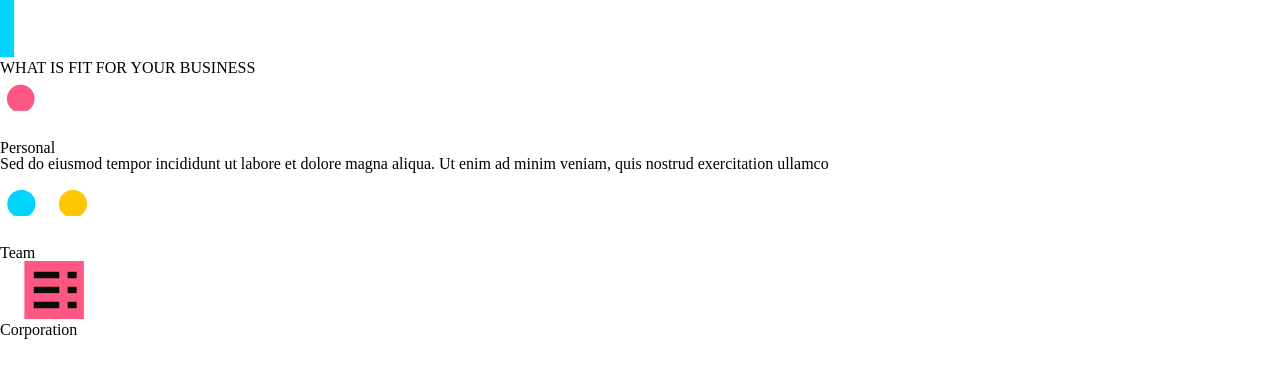
Repository: VetaWhale/team-site-test
Page: index.html
The author's editor kept a copy of each file at every save. The page is drawn from the files as they stood at one save, then again after the next save.
The browser window is 1280 px wide. The pictures show the whole page.
Some web fonts or font styles are not loaded; a fallback is used.

Above is the page before, as saved 2023-04-24 10:38:58.

After the next save:
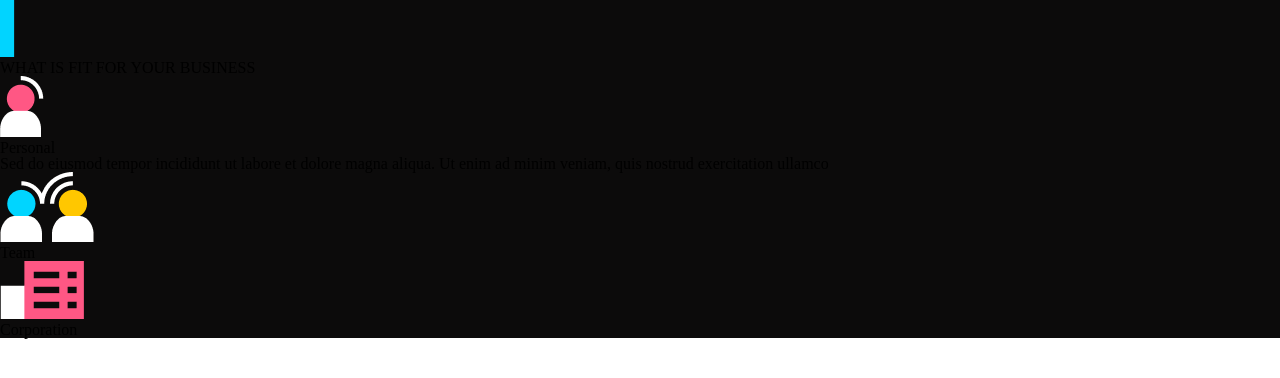
Saved 15 s later.
--- a/css/business.css
+++ b/css/business.css
@@ -1,3 +1,4 @@
 .business {
     width: 100%;
+    background-color: #0C0B0B;
 }
